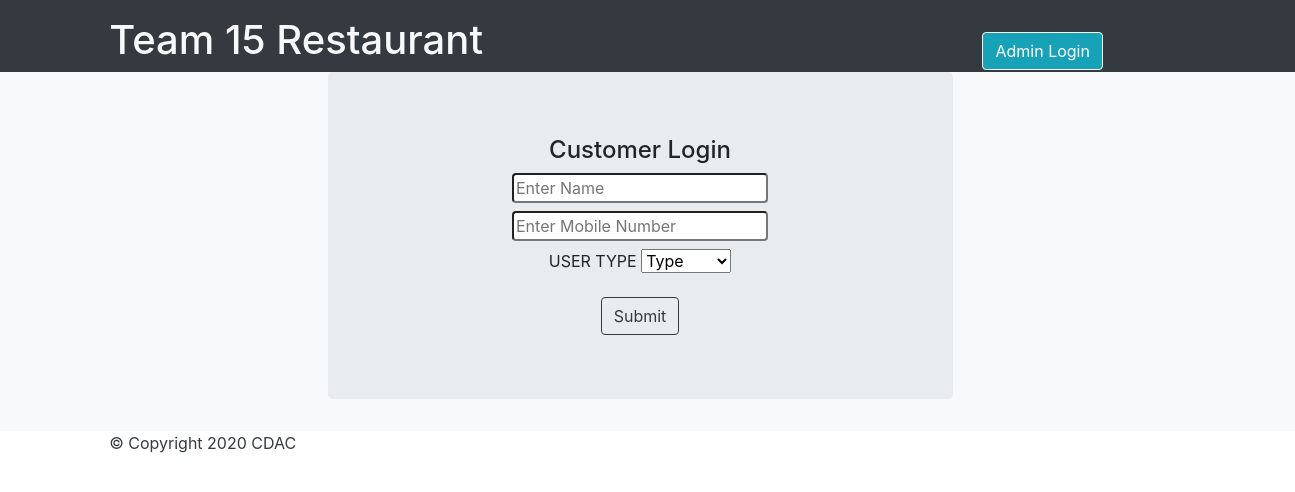
Repository: Pedaxx-IT-solution/E-Waiter-Stuff-
Page: http://localhost/ProjectEwaiter/WEB-INF/views/index.jsp
The author's editor kept a copy of each file at every save. The page is drawn from the files as they stood at one save, then again after the next save.
The browser window is 1280 px wide. The page is 1295 px wide, so the pictures cover 1295 px, including what lies to the right of the window. The pictures show the whole page.
The page is served by Tomcat 9. Nobody is signed in. Other server files are loaded and not shown. The template is opened directly, without the code that normally fills it, so the values that code supplies are empty.

Above is the page before, as saved 2020-01-23 17:58:01.

### MyProject/ProjectEwaiter/src/main/webapp/WEB-INF/views/index.jsp
<%@ page language="java" contentType="text/html; charset=ISO-8859-1"
	pageEncoding="ISO-8859-1"%>
<!DOCTYPE html>
<html>
<head>
<meta charset="ISO-8859-1">
<title>Customer Login Page</title>
<script>
function validateForm() {
  var x = document.forms["myForm"]["fname"].value;
  if (x == "") {
    alert("Name must be filled out");
    return false;
  }
}
</script>
<link
	href="https://stackpath.bootstrapcdn.com/bootstrap/4.4.1/css/bootstrap.min.css"
	rel="stylesheet"
	integrity="sha384-Vkoo8x4CGsO3+Hhxv8T/Q5PaXtkKtu6ug5TOeNV6gBiFeWPGFN9MuhOf23Q9Ifjh"
	crossorigin="anonymous">

</head>
<body>
	<div class="container-flud  ">

		<div class="row bg-dark pt-3">
				<div class="col-1 "></div>
				<div class="col-8  text-light ">
					<h1>Team 15 Restaurant</h1>
				</div>
				<div class="col-3 txt-light pt-3">
						<a href="/user/" class="btn btn-info border-light" role="button">Admin Login</a>
				</div>
		</div>

		<div class="row bg-light">
			<div class="col-3"></div>
			<div class="col-6" align="center">
				<div class="jumbotron">
					<h4>Customer Login </h4>
					<form action="custLogin" name="myForm" onsubmit="return validateForm()"  method="post">
						<input type="text" class="mb-2 rounded" name="name"  placeholder="Enter Name"><br>
						<input type="text" class="mb-2 rounded" name="mobile_no" placeholder="Enter Mobile Number" ><br>
												<p>
							USER TYPE <select class="mb-2"
								name="user_type_id">
								<option value="0">Type</option>
								<option value="1">Admin</option>
								<option value="2">Manager</option>
								<option value="3">Chef</option>
								<option value="4">Waiter</option>
							</select> <br></form>

						<input type="submit" class="btn rounded text-dark border-dark" value="Submit"><br>

				</div>
			</div>
			<div class="col-3"></div>
		</div>

		<div class="row ">
			<div class="col-1 "></div>
			<div class="col-11 text-dark ">
				<footer>&copy; Copyright 2020 CDAC</footer>
			</div>
		</div>
	</div>

</body>
</html>

After the next save:
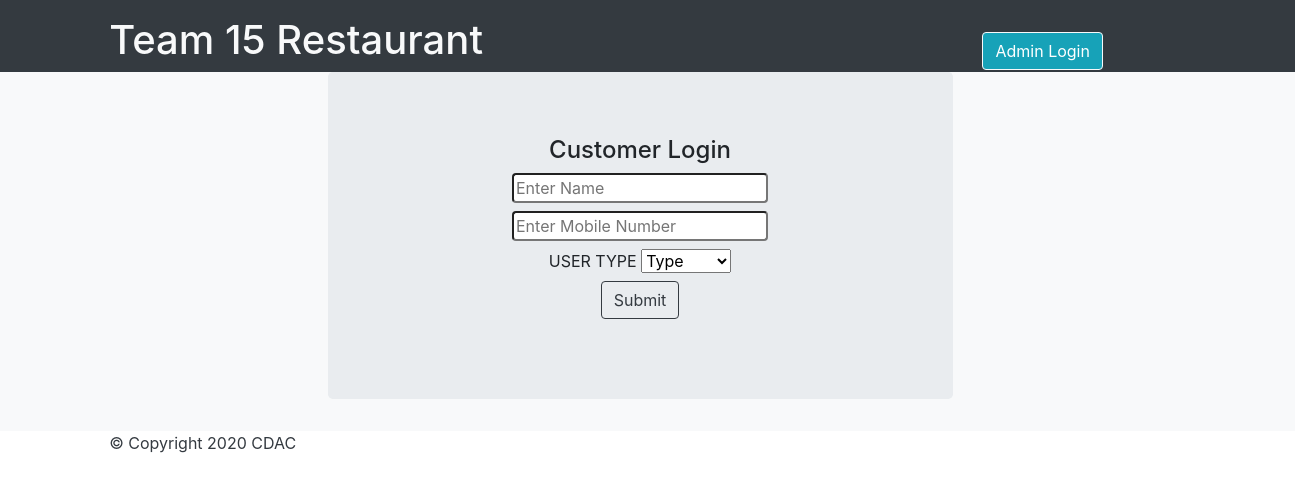
Saved 7 s later.
--- a/MyProject/ProjectEwaiter/src/main/webapp/WEB-INF/views/index.jsp
+++ b/MyProject/ProjectEwaiter/src/main/webapp/WEB-INF/views/index.jsp
@@ -50,7 +50,7 @@ function validateForm() {
 								<option value="2">Manager</option>
 								<option value="3">Chef</option>
 								<option value="4">Waiter</option>
-							</select> <br></form>
+							</select> <br>
 
 						<input type="submit" class="btn rounded text-dark border-dark" value="Submit"><br>
 
